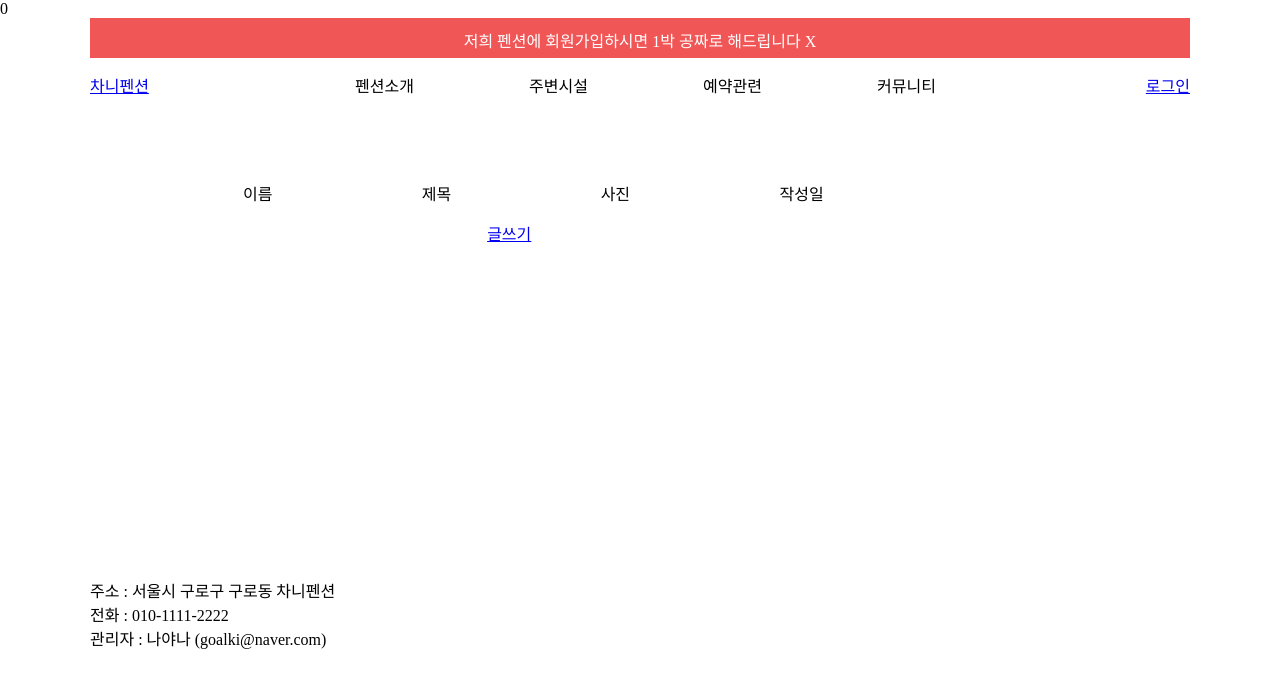
Repository: goalki/pension
Page: http://localhost/pension/tour/list.jsp
An editor plug-in stored every save of this project. The page is shown before and after the next save, followed by the edit.
The browser window is 1280 px wide. The pictures show the whole page.
The page is served by Tomcat 9. Queries for data that is not in the repository find no rows.

Above is the page before, as saved 2021-01-19 08:11:03.

After the next save:
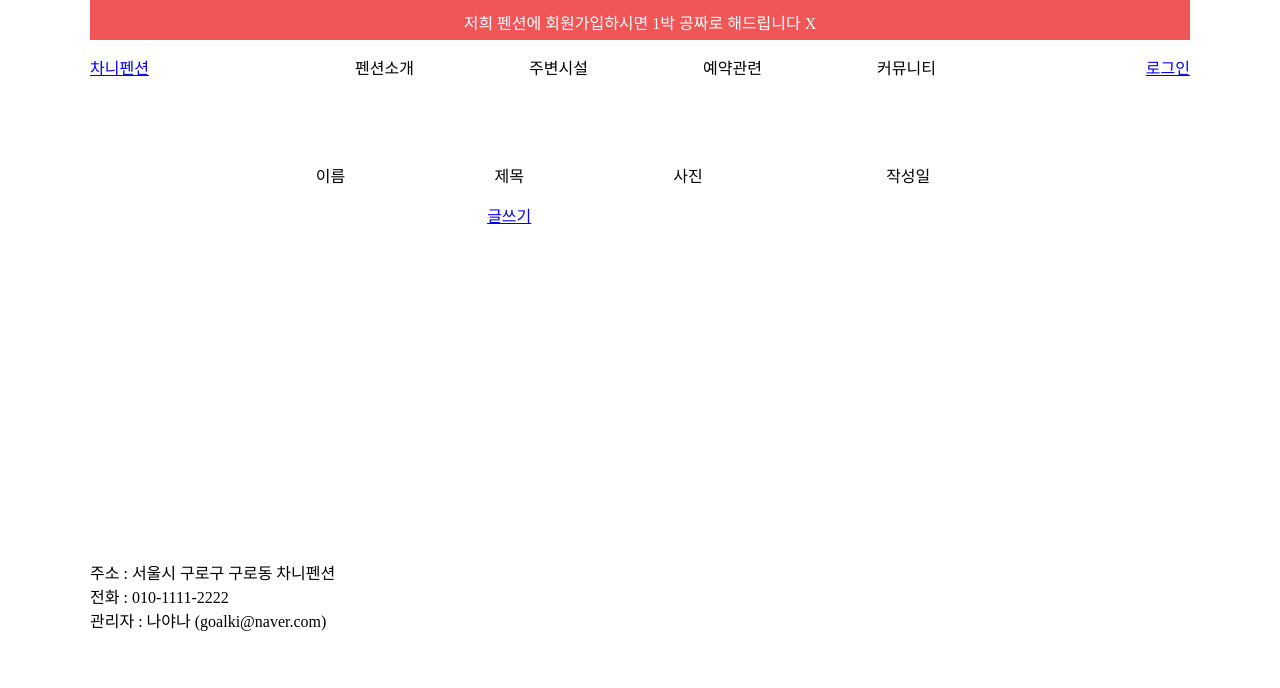
Saved 21 h 48 min later.
--- a/pension/WebContent/tour/list.jsp
+++ b/pension/WebContent/tour/list.jsp
@@ -10,7 +10,7 @@
    Dao dao=new Dao();
    ArrayList<TourDto> list=dao.tour_list();
    pageContext.setAttribute("list", list);
-   out.print(list.size());
+   //out.print(list.size());
 %>
 
 <%@ include file="../top.jsp" %>
